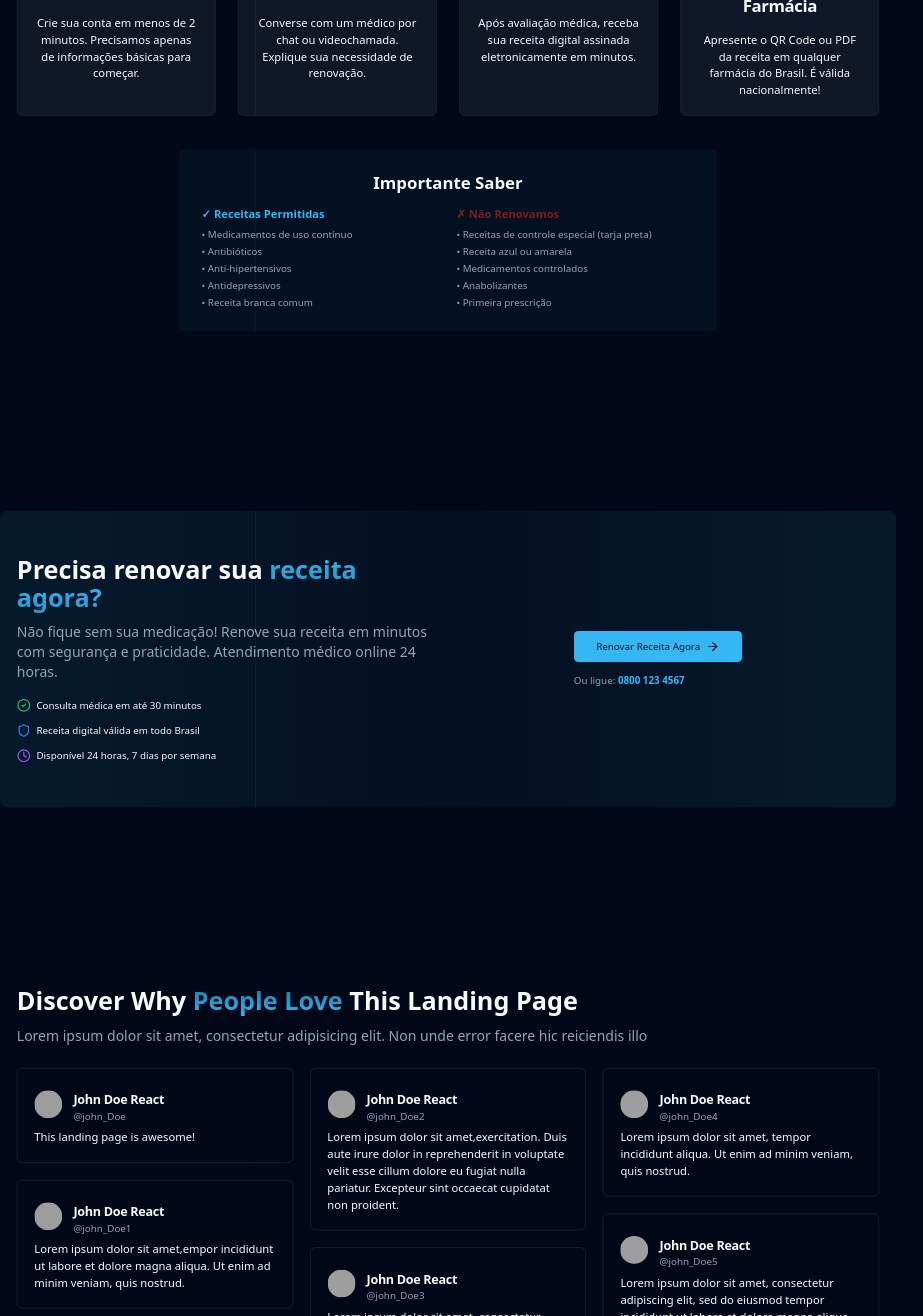
Repository: xoiurp/saude-digital
Page: /
These files come from the project's save history. The page is drawn as it stood at one moment and after the next save; the edit follows.
The browser window is 1280 px wide. The page is 1318 px wide, so the pictures cover 1318 px, including what lies to the right of the window. The pictures show the part of the page from y = 2102 to 3982 px (the page is 6945 px tall), at 70% of full size.
Pictures or frames that could not be fetched are drawn as grey boxes. The project was rebuilt for these pictures with package versions that can differ from the ones it lists, and the page was loaded fresh each time. Also part of the build but not shown: vite.config.ts.

Above is the page before, as saved 2025-09-09 16:01:30.

After the next save:
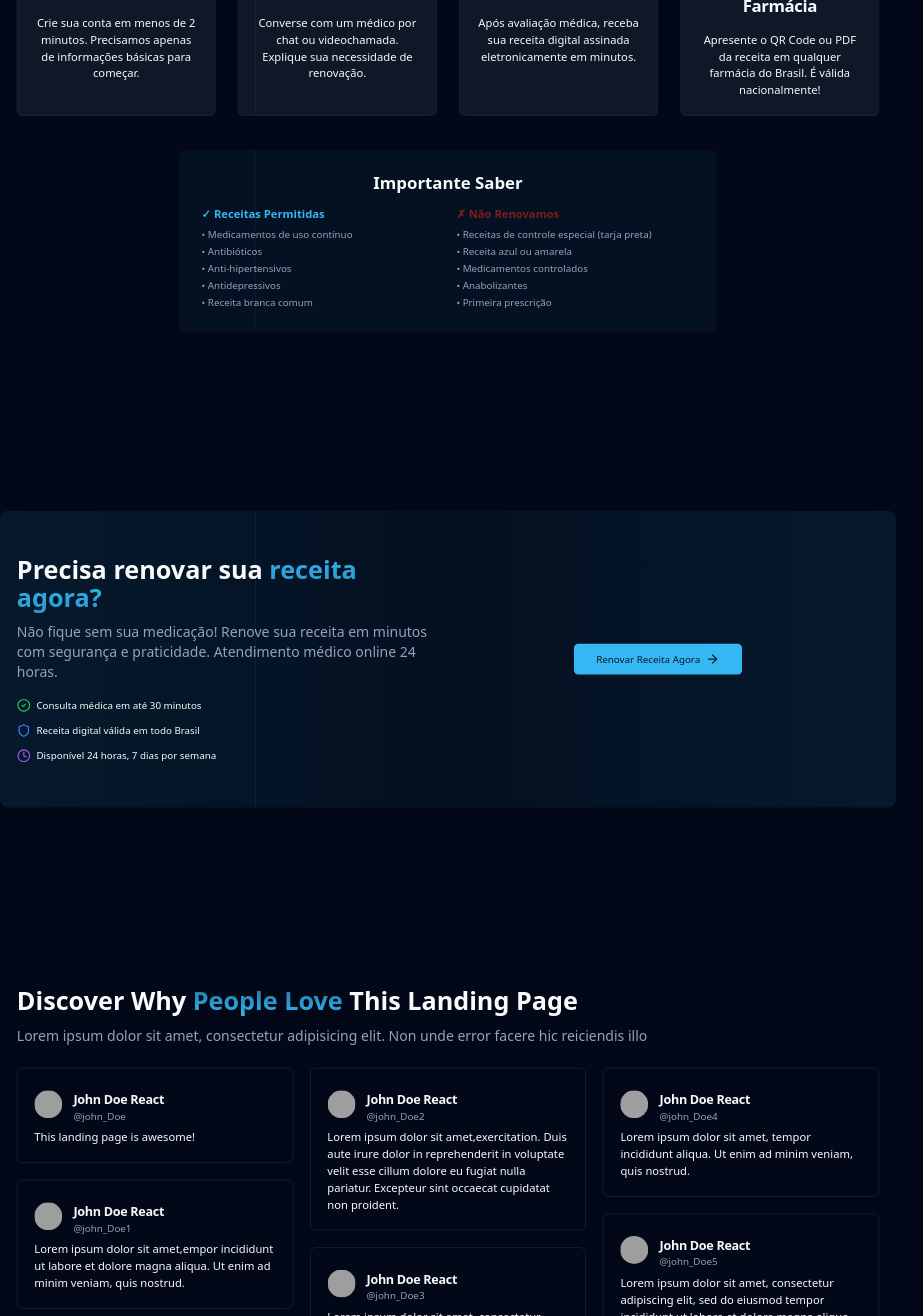
Saved 1 s later.
--- a/src/components/Cta.tsx
+++ b/src/components/Cta.tsx
@@ -37,13 +37,12 @@ export const Cta = () => {
         </div>
 
         <div className="space-y-4 lg:col-start-2">
-          <Button size="lg" className="w-full md:mr-4 md:w-auto">
-            Renovar Receita Agora
-            <ArrowRight className="ml-2 h-5 w-5" />
-          </Button>
-          <p className="text-sm text-muted-foreground">
-            Ou ligue: <span className="font-bold text-primary">0800 123 4567</span>
-          </p>
+          <a href="http://wa.me/5516981747790" target="_blank" rel="noopener noreferrer">
+            <Button size="lg" className="w-full md:mr-4 md:w-auto">
+              Renovar Receita Agora
+              <ArrowRight className="ml-2 h-5 w-5" />
+            </Button>
+          </a>
         </div>
       </div>
     </section>
